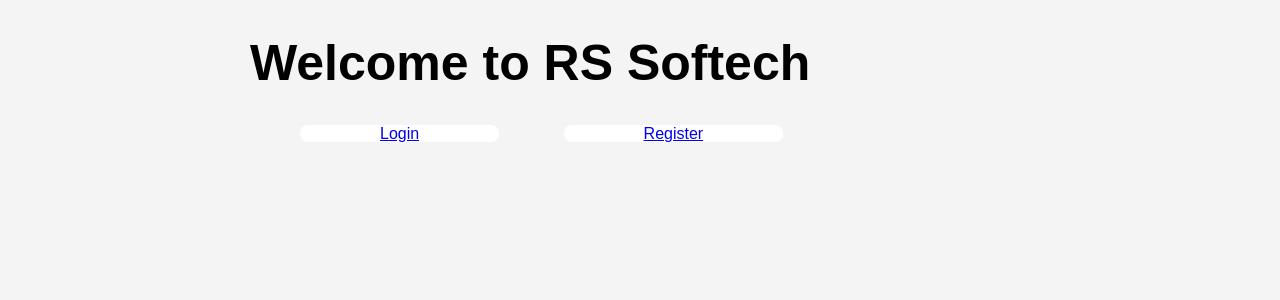
Repository: snehal-shinde151/my_repo
Page: classpro/src/main/webapp/WEB-INF/submit.html
An editor plug-in stored every save of this project. The page is shown before and after the next save, followed by the edit.
The browser window is 1280 px wide. The pictures show the whole page.

Above is the page before, as saved 2025-03-04 10:57:38.

After the next save:
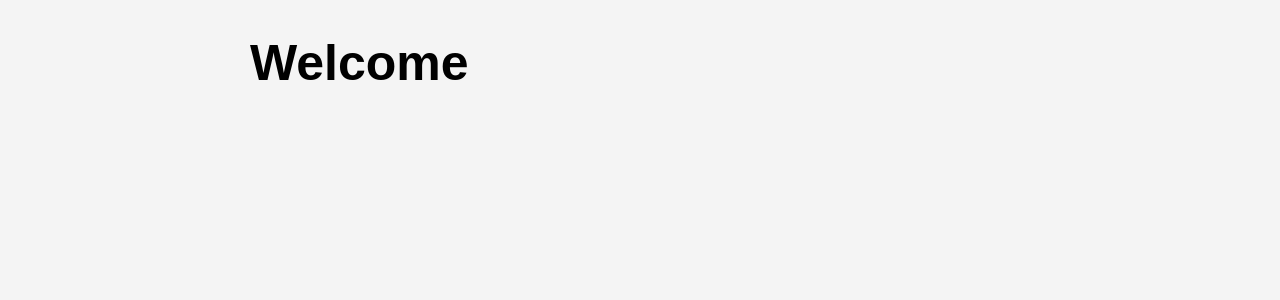
Saved 15 s later.
--- a/classpro/src/main/webapp/WEB-INF/submit.html
+++ b/classpro/src/main/webapp/WEB-INF/submit.html
@@ -28,10 +28,7 @@
  }
 
 </style>
-  <h1> Welcome to RS Softech</h1>
-  <label for="student"></label>
-  <a class="btn"  value="Login" href="login.html">Login</a>
-    <a class="btn" value="Register" href="Registration.html">Register</a>
+  <h1> Welcome</h1>
 
 </body>
 </html>
